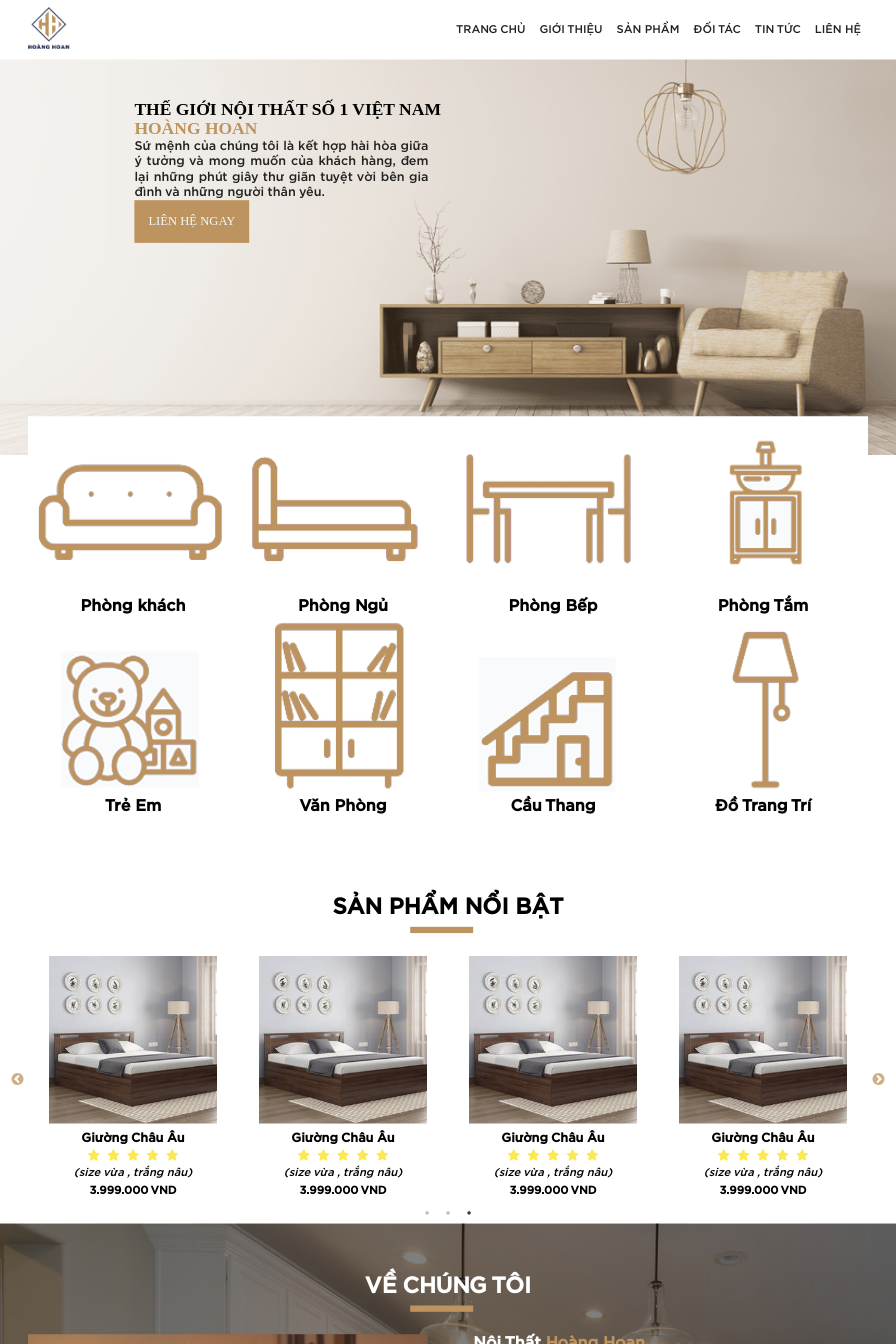
Repository: LDDUNG2003/prj_2
Page: /
An editor plug-in stored every save of this project. The page is shown before and after the next save, followed by the edit.
The browser window is 1280 px wide. The pictures show the part of the page from y = 0 to 1920 px (the page is 3929 px tall), at 70% of full size.
The project was rebuilt for these pictures with package versions that can differ from the ones it lists, and the page was loaded fresh each time. Also part of the build but not shown: src/pages/news/newsListItem/index.js, src/pages/news/index.js, src/styles/css/contact.css, src/pages/contact/index.js, src/pages/notfoud/index.js, src/pages/login/index.js.

Above is the page before, as saved 2023-09-22 10:30:27.

### public/index.html
<!doctype html>
<html lang="en">
  <head>
    <meta charset="utf-8">
    <meta name="viewport" content="width=device-width, initial-scale=1">
    <link rel="shortcut icon" href="./img/logo.png">
    <link rel="preconnect" href="https://fonts.googleapis.com">
    <link rel="preconnect" href="https://fonts.gstatic.com" crossorigin>
    <link href="https://fonts.googleapis.com/css2?family=Roboto:ital,wght@0,100;0,300;0,400;0,500;1,100;1,400;1,500;1,700;1,900&display=swap" rel="stylesheet">
    <title>Nội Thất Hoàng Hoan</title>
  </head>
  <body>
    <div id="root"></div>
  </body>
</html>

### src/index.js
import React from 'react';
import ReactDOM from 'react-dom';
import App from './App';
import './index.css';

const root = ReactDOM.createRoot(document.getElementById('root'));
root.render(
  <React.StrictMode>
    <App />
  </React.StrictMode>,
);

### src/index.css
@font-face {
    font-family: "Gotham-Medium";
    src: url(./styles/front/Gotham-Medium.otf);
}

@font-face {
    font-family: "Gotham-Thin";
    src: url(./styles/front/Gotham-Thin.otf);
}

@font-face {
    font-family: "Gotham-Ultra";
    src: url(./styles/front/Gotham-Ultra.otf);
}

### src/layouts/defaultLayout/index.js
// import PropTypes from 'prop-types'
import Header from "../header";
import Footer from "../footer";
import "../../styles/css/base.css";

function defaultLayout({children}) {
    return(
        <>
        <Header />
        <div className="content">{children}</div>
        <Footer />
        </>
    );
}

// DefaultLayout.propTypes = {
//     children: PropTypes.node.isRequired
// };
export default defaultLayout

### src/routes/index.js
import Home from '~/pages/home'
import News from '~/pages/news'
import Contact from '~/pages/contact'
import page404 from '~/pages/notfoud'

const publicRoute = [
    {path: '/',component: Home},
    {path: '/news',component: News},
    {path: '/contact',component: Contact},
    {path: '/*',component: page404, layout: 'notlayout'}
]

export  {publicRoute}

### src/styles/css/responsive.css
@media (min-width:767px) {
    #mobileMenu {
        display: none;
    }
}

@media (max-width: 767px) {
    #root {
        margin: 0px 5px;
    }
    #mobileMenu {
        display: block;
        text-align: center;
    }
    .logo--block {
        width: 100%;
        display: flex;
        align-items: center;
        justify-content: space-between;
    }
    .navBar {
        display: block;
        height: auto;
    }
    .choose-item {
        width: 100%;
    }
    .menu-mobile {
        width: 40px;
        height: 40px;
        padding: 10px;
        border: 0px;
        background-color: var(--primary-color);
    }
    .news--item-container {
        font-size: 11px;
    }
    .content--title::before {
        display: none;
    }
    .new--item-heading {
        font-size: 14px;
    }
    .navBar__list {
        display: none;
        width: 100%;
    }
    .navBar__list-item {
        padding: 4px;
        border-bottom: 2px solid #ccc;
    }
    .about__us {
        background: none;
    }
    .about__us::before {
        background: none;
    }
    .content__focut {
        position: static;
    }
    .focut--item {
        width: 50%;
    }
    .content__banner {
        width: 100%;
    }
    .banner--content {
        display: none;
    }
    .slick-prev:before,
    .slick-next:before {
        display: none;
    }
    .about--background {
        display: none;
    }
    .about__us-bag {
        position: static;
    }
    .about--block {
        display: block;
    }
    .about--content {
        width: 100%;
        color: var(--text-color);
    }
    .about--content img {
        width: 100%;
    }
    .content--title {
        color: var(--text-color);
    }
    .news--contain {
        display: block;
    }
    .mobile-display {
        display: none;
    }
    .news--contain--item {
        width: 100%;
    }
    .news--list-item {
        width: 100%;
        overflow: hidden;
    }
    .news--list-item img {
        height: 100%;
    }
    .partner--list {
        flex-wrap: wrap;
    }
    .partner--item {
        width: 50%;
    }
    .content--contact {
        display: none;
    }
    .footer__lable {
        display: block;
    }
    .footer--list {
        width: 100%;
        padding: 10px 0px;
    }
    .footer--list-item {
        width: 100%;
        padding: 5px 0px;
    }
    /* news responsive */
    .news--content-list {
        margin: 0px 20px;
    }
    .news--content-item {
        width: 100%;
    }
    .featured--list {
        width: 100%;
        margin: 10px;
        flex-wrap: wrap;
    }
    .featured--item {
        width: 100%;
    }
}

### src/styles/css/base.css
* {
    padding: 0px;
    margin: 0px;
    font-family: "Gotham-Medium";
    text-align: justify;
}

:root {
    --primary-color: #bd945f;
    --text-color: #222222;
}


/* font setting */

.App {
    width: 100%;
    overflow: hidden;
}

.main {
    width: 100%;
}

.header {
    padding: 10px 0px;
    margin: auto;
    width: 100%;
    max-width: 1200px;
}

.navBar {
    display: flex;
    width: 100%;
    justify-content: space-between;
}

.logo {
    height: 60px;
}

.navBar__list {
    display: flex;
    list-style: none;
    align-items: center;
}

.navBar__list-item {
    margin: 0 10px;
    position: relative;
}

.navBar__list--link {
    text-transform: uppercase;
    font-size: 16px;
    color: var(--text-color);
    text-decoration: none;
}

.navBar__list-item::before {
    content: '';
    background-color: var(--primary-color);
    display: block;
    height: 4px;
    margin-top: 7px;
    width: 0px;
    top: 75%;
    position: absolute;
    transition: 0.3s;
    z-index: 1;
}

.select--item::before {
    content: '';
    background-color: var(--primary-color);
    display: block;
    height: 4px;
    margin-top: 7px;
    width: 65px;
    top: 75%;
    position: absolute;
    z-index: 1;
}

.navBar__list-item:hover::before {
    width: 65px;
}

.featured--content {
    padding-top: 10px;
    text-align: center;
}

.featured-name {
    display: contents;
    font-size: 18px;
    text-transform: capitalize;
}

.evaluate--list {
    list-style: none;
    display: flex;
    justify-content: center;
}

.evaluate--list li {
    padding: 5px;
    margin: 0;
}

.note-product {}

.content--title {
    font-size: 32px;
    padding: 50px 0px;
    text-align: center;
    position: relative;
    text-transform: uppercase;
}

.content--title::before {
    content: '';
    background-color: var(--primary-color);
    width: 90px;
    height: 9px;
    position: absolute;
    top: 70%;
    right: 47%;
}

.content__featured {
    width: 100%;
    max-width: 1200px;
    margin: auto;
    padding-bottom: 30px;
}

.featured--list {
    width: 100%;
    list-style: none;
    display: flex;
    text-align: center;
}

.featured--item {}

.featured--img {
    width: 80%;
    margin: auto;
}

.price-product {
    text-align: center;
    padding: 7px 0px;
    font-weight: 800;
    font-size: 16px;
}

.slick-prev:before,
.slick-next:before {
    color: var(--primary-color) !important;
    width: 15px;
    display: inline-block;
}

.footer {
    padding: 20px 0px;
    background-color: black;
}

.footer__lable {
    max-width: 1200px;
    margin: auto;
    display: flex;
    width: 100%;
    justify-content: space-around;
    color: #fff;
    justify-content: space-between;
}

.footer--list {
    list-style: none;
    width: 32%;
}

.footer--list-item {
    font-size: 16px;
    padding-top: 8px;
    text-transform: capitalize;
    font-family: initial;
}

.footer--list-heading {
    font-size: 18px;
    font-weight: 300;
    text-transform: uppercase;
    position: relative;
    padding-bottom: 0px;
    font-family: 'Gotham-Medium';
}

.footer--list-heading::after {
    content: '';
    background-color: var(--primary-color);
    width: 110px;
    padding-top: 6px;
    position: absolute;
    left: 0px;
    bottom: -8px;
}

.footer--inheri {
    text-transform: uppercase;
    font-weight: 600;
    font-size: 18px;
}

.footer--list-contact {
    display: flex;
    list-style: none;
}

.fooder--list-contact-item {
    width: 16px;
    padding: 5px;
}

### src/styles/css/news.css
.news--contet {
    width: 100%;
    max-width: 1200px;
    margin: auto;
    padding-bottom: 50px;
}

.news--content-list {
    display: flex;
    flex-wrap: wrap;
    list-style: none;
    align-items: center;
}

.news--content-item {
    width: 33%;
    padding: 20px;
    box-sizing: border-box;
}

.news--item-img {
    width: 100%;
}

.news--item-contain {
    margin: auto;
    margin-left: 8px;
}

.news--contain-heading {
    font-size: 23px;
    color: var(--primary-color);
    text-transform: uppercase;
}

.news--contain-text {
    padding: 10px 0px 0px 0px;
    font-size: 16px;
}

### src/pages/notfoud/index.css
* {
    -webkit-box-sizing: border-box;
    box-sizing: border-box;
}

body {
    padding: 0;
    margin: 0;
}

#notfound {
    position: relative;
    height: 100vh;
}

#notfound .notfound {
    position: absolute;
    left: 50%;
    top: 50%;
    -webkit-transform: translate(-50%, -50%);
    -ms-transform: translate(-50%, -50%);
    transform: translate(-50%, -50%);
}

.notfound {
    max-width: 520px;
    width: 100%;
    line-height: 1.4;
    text-align: center;
}

.notfound .notfound-404 {
    position: relative;
    height: 200px;
    margin: 0px auto 20px;
    z-index: -1;
}

.notfound .notfound-404 h1 {
    font-family: 'Montserrat', sans-serif;
    font-size: 236px;
    font-weight: 200;
    margin: 0px;
    color: #211b19;
    text-transform: uppercase;
    position: absolute;
    left: 50%;
    top: 50%;
    -webkit-transform: translate(-50%, -50%);
    -ms-transform: translate(-50%, -50%);
    transform: translate(-50%, -50%);
}

.notfound .notfound-404 h2 {
    font-family: 'Montserrat', sans-serif;
    font-size: 28px;
    font-weight: 400;
    text-transform: uppercase;
    color: #211b19;
    background: #fff;
    padding: 10px 5px;
    margin: auto;
    display: inline-block;
    position: absolute;
    bottom: 0px;
    left: 0;
    right: 0;
}

.notfound a {
    font-family: 'Montserrat', sans-serif;
    display: inline-block;
    font-weight: 700;
    text-decoration: none;
    color: #fff;
    text-transform: uppercase;
    padding: 13px 23px;
    background: #ff6300;
    font-size: 18px;
    -webkit-transition: 0.2s all;
    transition: 0.2s all;
}

.notfound a:hover {
    color: #ff6300;
    background: #211b19;
}

@media only screen and (max-width: 767px) {
    .notfound .notfound-404 h1 {
        font-size: 148px;
    }
}

@media only screen and (max-width: 480px) {
    .notfound .notfound-404 {
        height: 148px;
        margin: 0px auto 10px;
    }
    .notfound .notfound-404 h1 {
        font-size: 86px;
    }
    .notfound .notfound-404 h2 {
        font-size: 16px;
    }
    .notfound a {
        padding: 7px 15px;
        font-size: 14px;
    }
}

### src/styles/css/home.css
.content {
    width: 100%;
    /* max-width: 1500px; */
    margin: auto;
}

.content__banner {
    width: 100%;
    position: relative;
}

.content--list-image {
    width: 100%;
    max-width: 1500px;
    margin: auto;
}

.content--image {
    width: 100%;
}

.banner--content {
    position: absolute;
    top: 10%;
    left: 15%;
}

.banner--content-text-title {
    text-transform: uppercase;
    font-family: 800;
    font-family: "gotham-utral";
    font-size: 25px;
}

.banner--content-text {
    font-size: 18px;
    color: var(--text-color);
    width: 420px;
}

.banner--button {
    padding: 20px;
    color: aliceblue;
    background-color: var(--primary-color);
    border: none;
    font-family: "gotham-utral";
    font-size: 18px;
    cursor: pointer;
}

.content__focut {
    position: relative;
    background-color: #ffffff;
    top: -60px;
    max-width: 1200px;
    width: 100%;
    margin: auto;
}

.focut--list {
    margin: auto;
    display: flex;
    width: 100%;
    list-style: none;
    flex-wrap: wrap;
}

.focut--item {
    width: 25%;
    text-align: center;
}

.focut--img {
    width: 100%;
}

.focut--text {
    text-align: center;
    font-size: 23px;
}

.content__featured {
    width: 100%;
    max-width: 1200px;
    margin: auto;
    padding-bottom: 30px;
}

.featured--list {
    width: 100%;
    list-style: none;
    display: flex;
    text-align: center;
}

.featured--item {
    width: 24%;
}

.featured--img {
    width: 80%;
    margin: auto;
}

.about__us {
    position: relative;
    width: 100%;
    max-width: 1500px;
    margin: auto;
    padding: 20px 0px;
    background-image: url("../img/bg-about-us.jpg");
    display: flex;
    justify-content: center;
}

.about__us::before {
    content: "";
    position: absolute;
    width: 100%;
    height: 100%;
    background-color: black;
    opacity: 0.5;
    z-index: 0;
    top: 0px;
    display: block;
}

.about__us-bag {
    top: 0px;
    width: 100%;
    max-width: 1200px;
    left: 10%;
    color: #ffffff;
    z-index: 1;
}

.about__content {
    width: 100%;
}

.about--block {
    display: flex;
    justify-content: space-between;
}

.about--content {
    width: 47%;
}

.about--content--title {
    font-size: 23px;
}

.about--text--list {
    font-size: 16px;
    padding: 10px 0px;
}

.about--text {
    padding: 10px 0px;
}

.about--list {
    list-style: none;
    display: flex;
}

.about--item {
    width: 20%;
    padding: 4px;
}

.about--img {
    width: 100%;
}

.choose__choose {
    width: 100%;
}

.choose--list {
    list-style: none;
    display: flex;
    flex-wrap: wrap;
    justify-content: space-between;
}

.choose--item {
    align-items: center;
    margin: 5px 0px;
    width: 48%;
    display: flex;
    background-color: #ffffff;
}

.choose--content-title {
    color: var(--primary-color);
    font-size: 23px;
    text-transform: uppercase;
    font-weight: 800;
}

.choose--text {
    font-weight: 700;
    font-size: 16px;
    padding: 5px 0px;
    color: var(--text-color);
}

.news {
    margin: auto;
    width: 100%;
    max-width: 1500px;
}

.content--title {}

.news--contain {
    margin: auto;
    display: flex;
    width: 100%;
    justify-content: space-between;
}

.news--contain--item {
    width: 48%;
    position: relative;
}

.impotant--grd {
    height: 460px;
    width: 100%;
}

.news-contain-impotant {
    margin-right: 10px;
    position: absolute;
    bottom: 0;
    height: 30%;
    background-color: var(--primary-color);
    padding: 20px 10px;
    width: 100%;
}

.news--impotant-heading {
    font-size: 23px;
    text-transform: uppercase;
    color: #ffffff;
}

.news--impotant-text {
    font-size: 16px;
}

.news--list {
    list-style: none;
}

.news--list-item {
    margin: 5px 0;
    display: flex;
    height: 105px;
}

.new--item-heading {
    font-size: 21px;
    text-transform: capitalize;
}

.news--item-container {
    font-size: 16px;
    margin: 5px;
    font-weight: 100;
    text-align: justify;
}

.news--impotant-text {
    margin: 0px;
}

.partner--contain {}

.partner--list {
    display: flex;
    list-style: none;
    flex-wrap: wrap;
    width: 100%;
    /* setup max width  */
    max-width: 1200px;
    margin: auto;
}

.partner--item {
    /* setup width calc 100/7 */
    width: calc(100% / 7);
    /* width: calc(100%/7%); */
}

.content--contact {
    width: 100%;
    margin: auto;
    max-width: 1600px;
    position: relative;
    box-sizing: border-box;
}

.contact--contain {
    height: 100%;
}

.contact-bg {
    width: 100%;
    height: 100%;
}

.contact-contain {}

.contact-image {
    position: absolute;
    display: none;
}

### src/font-awesome/index.js
import { FontAwesomeIcon } from "@fortawesome/react-fontawesome";
import { faStar} from "@fortawesome/free-solid-svg-icons";
function Star() {
    return (
        <FontAwesomeIcon icon={faStar} style={{color: "#fce94f",}} />
     );
}


export default Star;

### src/styles/css/login.css
@import url(https://fonts.googleapis.com/css?family=Roboto:300);
.login-page {
    width: 360px;
    padding: 8% 0 0;
    margin: auto;
}

.form {
    position: relative;
    z-index: 1;
    background: #FFFFFF;
    max-width: 360px;
    margin: 0 auto 100px;
    padding: 45px;
    text-align: center;
    box-shadow: 0 0 20px 0 rgba(0, 0, 0, 0.2), 0 5px 5px 0 rgba(0, 0, 0, 0.24);
}

.form input {
    font-family: "Roboto", sans-serif;
    outline: 0;
    background: #f2f2f2;
    width: 100%;
    border: 0;
    margin: 0 0 15px;
    padding: 15px;
    box-sizing: border-box;
    font-size: 14px;
}

.form button {
    font-family: "Roboto", sans-serif;
    text-transform: uppercase;
    outline: 0;
    background: #4CAF50;
    width: 100%;
    border: 0;
    padding: 15px;
    color: #FFFFFF;
    font-size: 14px;
    -webkit-transition: all 0.3 ease;
    transition: all 0.3 ease;
    cursor: pointer;
}

.form button:hover,
.form button:active,
.form button:focus {
    background: #43A047;
}

.form .message {
    margin: 15px 0 0;
    color: #b3b3b3;
    font-size: 12px;
}

.form .message a {
    color: #4CAF50;
    text-decoration: none;
}

.form .register-form {
    display: none;
}

.container {
    position: relative;
    z-index: 1;
    max-width: 300px;
    margin: 0 auto;
}

.container:before,
.container:after {
    content: "";
    display: block;
    clear: both;
}

.container .info {
    margin: 50px auto;
    text-align: center;
}

.container .info h1 {
    margin: 0 0 15px;
    padding: 0;
    font-size: 36px;
    font-weight: 300;
    color: #1a1a1a;
}

.container .info span {
    color: #4d4d4d;
    font-size: 12px;
}

.container .info span a {
    color: #000000;
    text-decoration: none;
}

.container .info span .fa {
    color: #EF3B3A;
}

body {
    background: #76b852;
    /* fallback for old browsers */
    background: rgb(141, 194, 111);
    background: linear-gradient(90deg, rgba(141, 194, 111, 1) 0%, rgba(118, 184, 82, 1) 50%);
    font-family: "Roboto", sans-serif;
    -webkit-font-smoothing: antialiased;
    -moz-osx-font-smoothing: grayscale;
}

Loaded but not shown: src/pages/home/index.js (219 lines, source omitted); src/layouts/footer/index.js (47 lines, source omitted); src/pages/home/setProductSlick/index.js (70 lines, source omitted); src/layouts/header/index.js (30 lines, source omitted); src/App.js (39 lines, source omitted); src/layouts/header/itemsHeader/index.js (27 lines, source omitted)

After the next save:
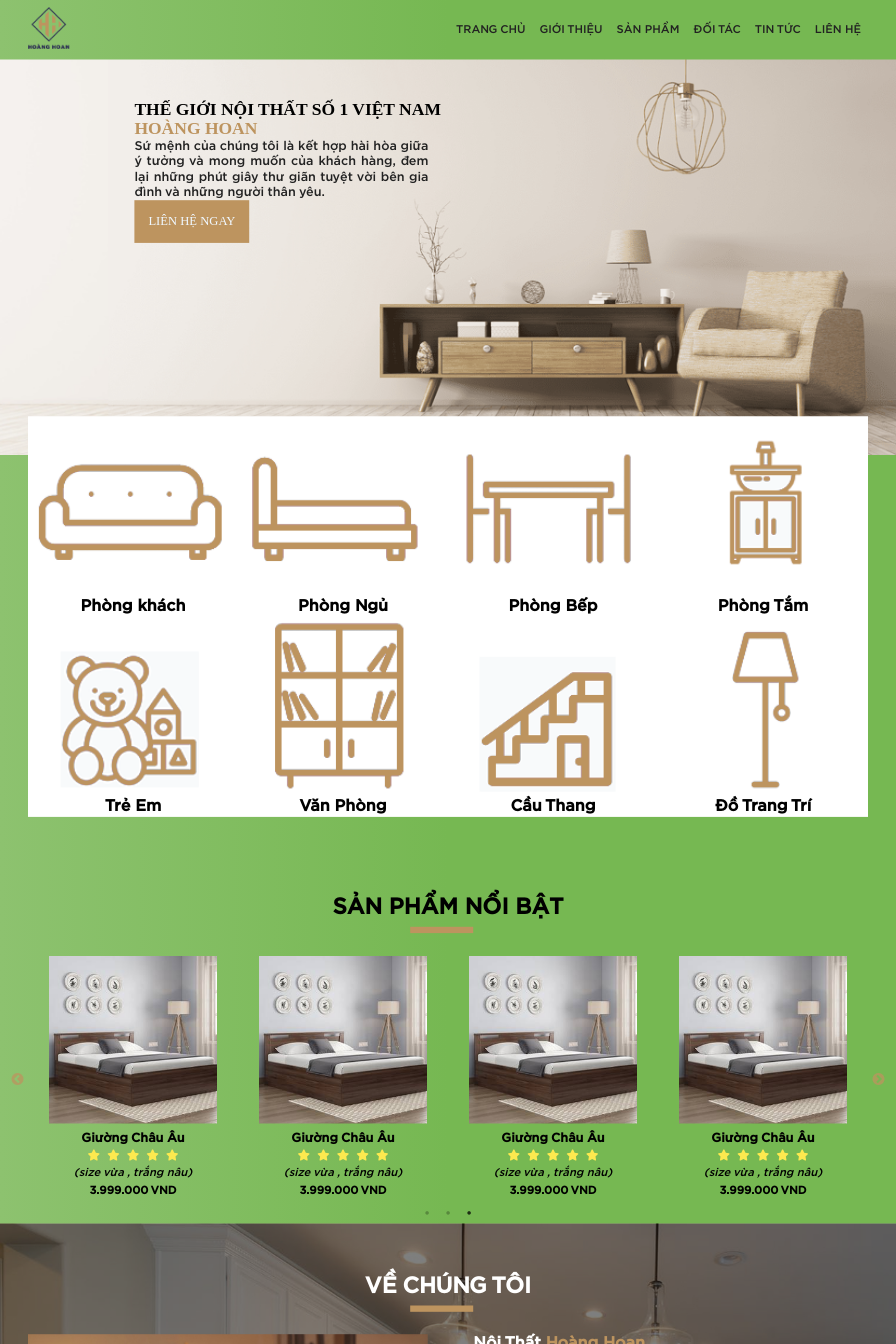
Saved 21 s later.
--- a/src/routes/index.js
+++ b/src/routes/index.js
@@ -2,6 +2,7 @@
 import News from '~/pages/news'
 import Contact from '~/pages/contact'
 import page404 from '~/pages/notfoud'
+import Login from '~/pages/login'
 
 const publicRoute = [
     {path: '/',component: Home},

After the 3 saves that followed:
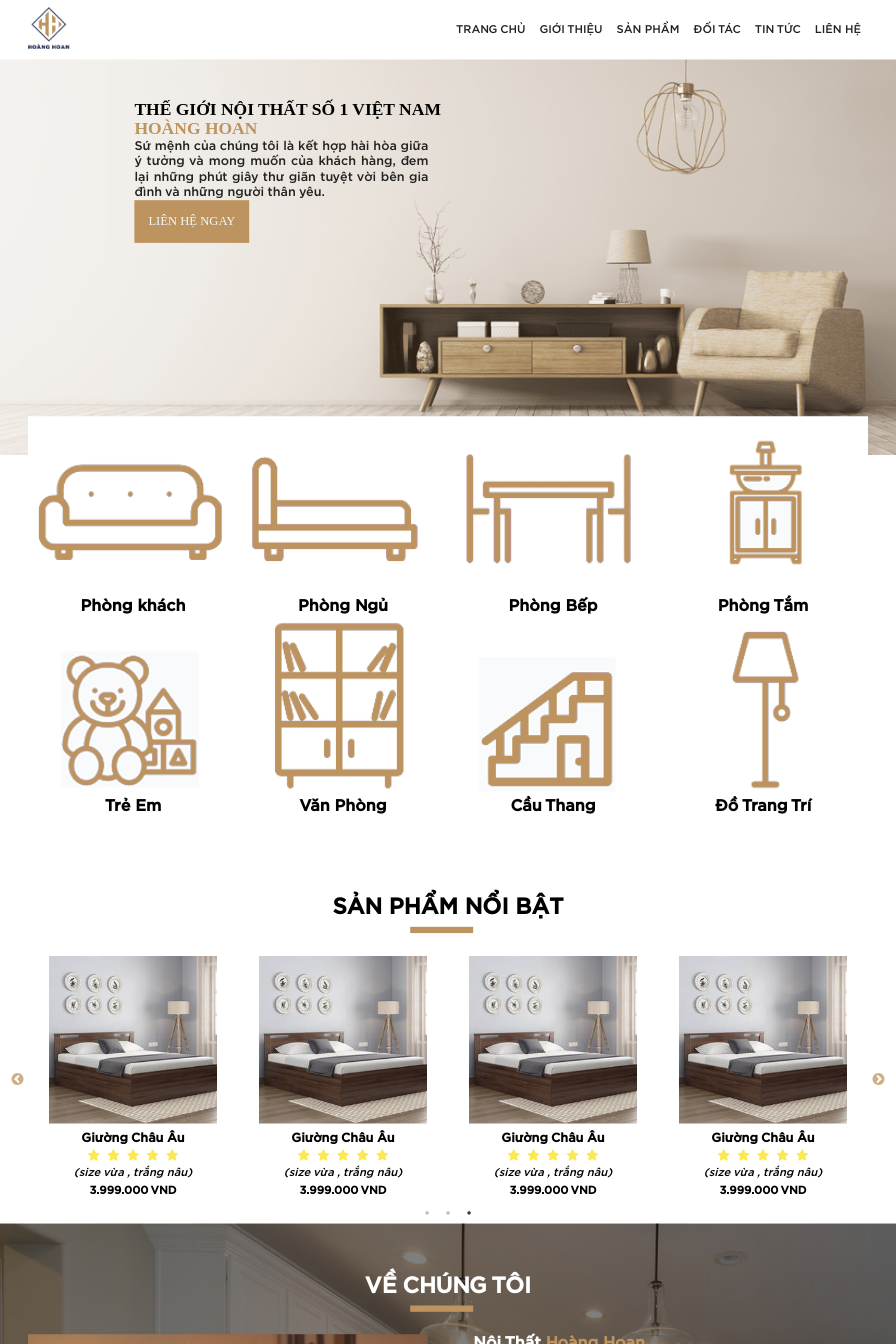
The 3 saves are shown as one change because 2 left the picture as it was.
The last was saved 4 min 9 s later.
--- a/src/routes/index.js
+++ b/src/routes/index.js
@@ -8,7 +8,8 @@
     {path: '/',component: Home},
     {path: '/news',component: News},
     {path: '/contact',component: Contact},
-    {path: '/*',component: page404, layout: 'notlayout'}
+    {path: '/*',component: page404, layout: 'notlayout'},
+    {path: '/login',component: Login,layout: 'notlayout'}
 ]
 
 export  {publicRoute}
--- a/src/styles/css/base.css
+++ b/src/styles/css/base.css
@@ -16,6 +16,7 @@
 .App {
     width: 100%;
     overflow: hidden;
+    background-color: #fff;
 }
 
 .main {
--- a/src/styles/css/login.css
+++ b/src/styles/css/login.css
@@ -1,4 +1,3 @@
-@import url(https://fonts.googleapis.com/css?family=Roboto:300);
 .login-page {
     width: 360px;
     padding: 8% 0 0;
